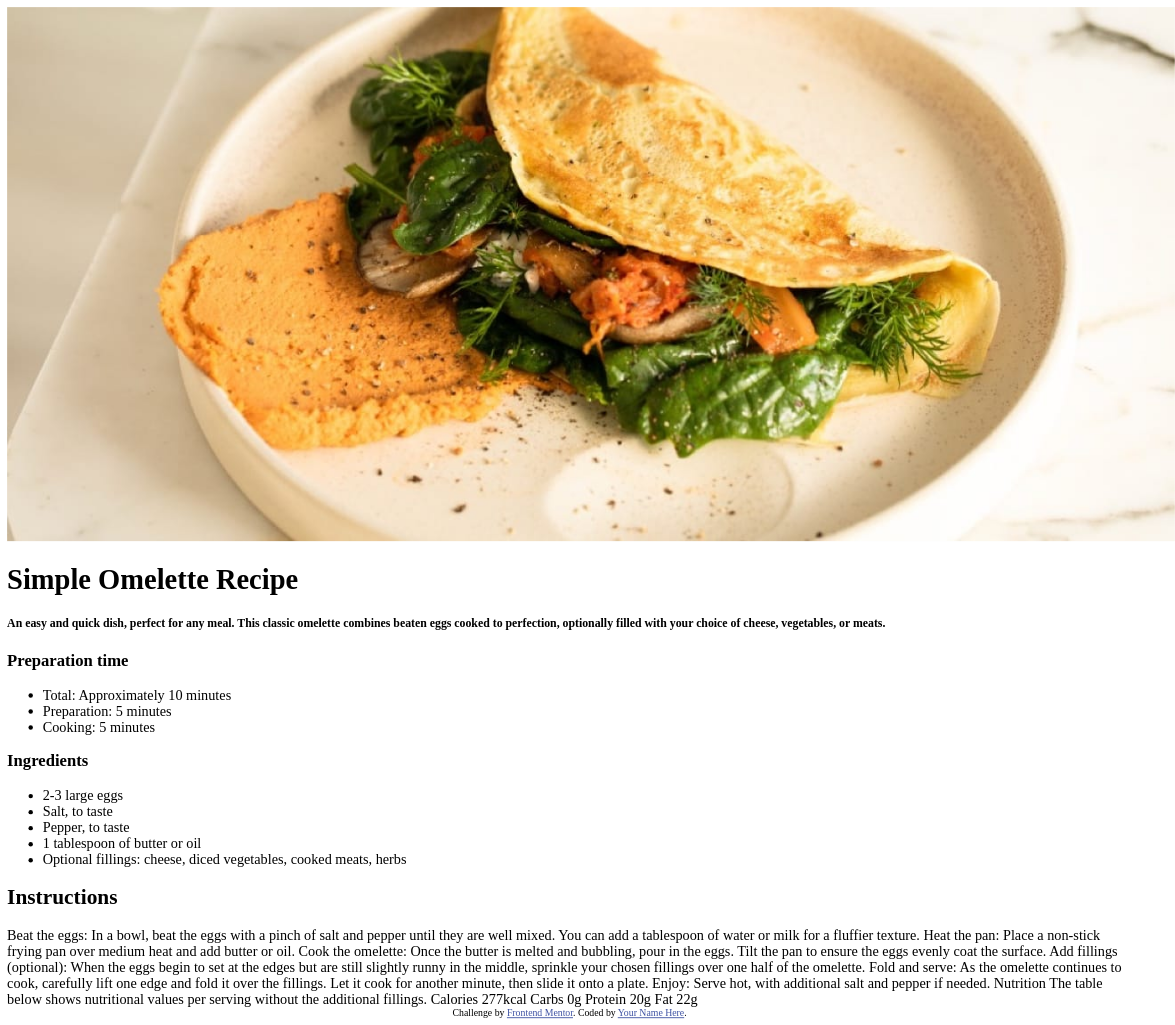
Repository: sodmaq/recipe-page-
Page: index.html
The author's editor kept a copy of each file at every save. The page is drawn from the files as they stood at one save, then again after the next save.
The browser window is 1280 px wide. The page is 1320 px wide, so the pictures cover 1320 px, including what lies to the right of the window. The pictures show the whole page, at 89% of full size.

Above is the page before, as saved 2024-09-07 12:29:20.

### index.html
<!DOCTYPE html>
<html lang="en">
  <head>
    <meta charset="UTF-8" />
    <meta name="viewport" content="width=device-width, initial-scale=1.0" />
    <!-- displays site properly based on user's device -->

    <link
      rel="icon"
      type="image/png"
      sizes="32x32"
      href="./assets/images/favicon-32x32.png"
    />

    <title>Frontend Mentor | Recipe page</title>

    <!-- Feel free to remove these styles or customise in your own stylesheet 👍 -->
    <style>
      .attribution {
        font-size: 11px;
        text-align: center;
      }
      .attribution a {
        color: hsl(228, 45%, 44%);
      }
    </style>
  </head>
  <body>
    <img src="/assets/images/image-omelette.jpeg" alt="" />
    <h1>Simple Omelette Recipe</h1>
    <h5>
      An easy and quick dish, perfect for any meal. This classic omelette
      combines beaten eggs cooked to perfection, optionally filled with your
      choice of cheese, vegetables, or meats.
    </h5>
    <h3>Preparation time</h3>
    <ul>
      <li>Total: Approximately 10 minutes</li>
      <li>Preparation: 5 minutes</li>
      <li>Cooking: 5 minutes</li>
    </ul>

    <h3>Ingredients</h3>
    <ul>
      <li>2-3 large eggs</li>
      <li>Salt, to taste</li>
      <li>Pepper, to taste</li>
      <li>1 tablespoon of butter or oil</li>
      <li>Optional fillings: cheese, diced vegetables, cooked meats, herbs</li>
    </ul>
    <p><h2>Instructions</h2></p>

     Beat the eggs: In a bowl, beat the eggs with a pinch of salt
    and pepper until they are well mixed. You can add a tablespoon of water or
    milk for a fluffier texture. Heat the pan: Place a non-stick frying pan over
    medium heat and add butter or oil. Cook the omelette: Once the butter is
    melted and bubbling, pour in the eggs. Tilt the pan to ensure the eggs
    evenly coat the surface. Add fillings (optional): When the eggs begin to set
    at the edges but are still slightly runny in the middle, sprinkle your
    chosen fillings over one half of the omelette. Fold and serve: As the
    omelette continues to cook, carefully lift one edge and fold it over the
    fillings. Let it cook for another minute, then slide it onto a plate. Enjoy:
    Serve hot, with additional salt and pepper if needed. Nutrition The table
    below shows nutritional values per serving without the additional fillings.
    Calories 277kcal Carbs 0g Protein 20g Fat 22g

    <div class="attribution">
      Challenge by
      <a href="https://www.frontendmentor.io?ref=challenge" target="_blank"
        >Frontend Mentor</a
      >. Coded by <a href="#">Your Name Here</a>.
    </div>
  </body>
</html>

After the next save:
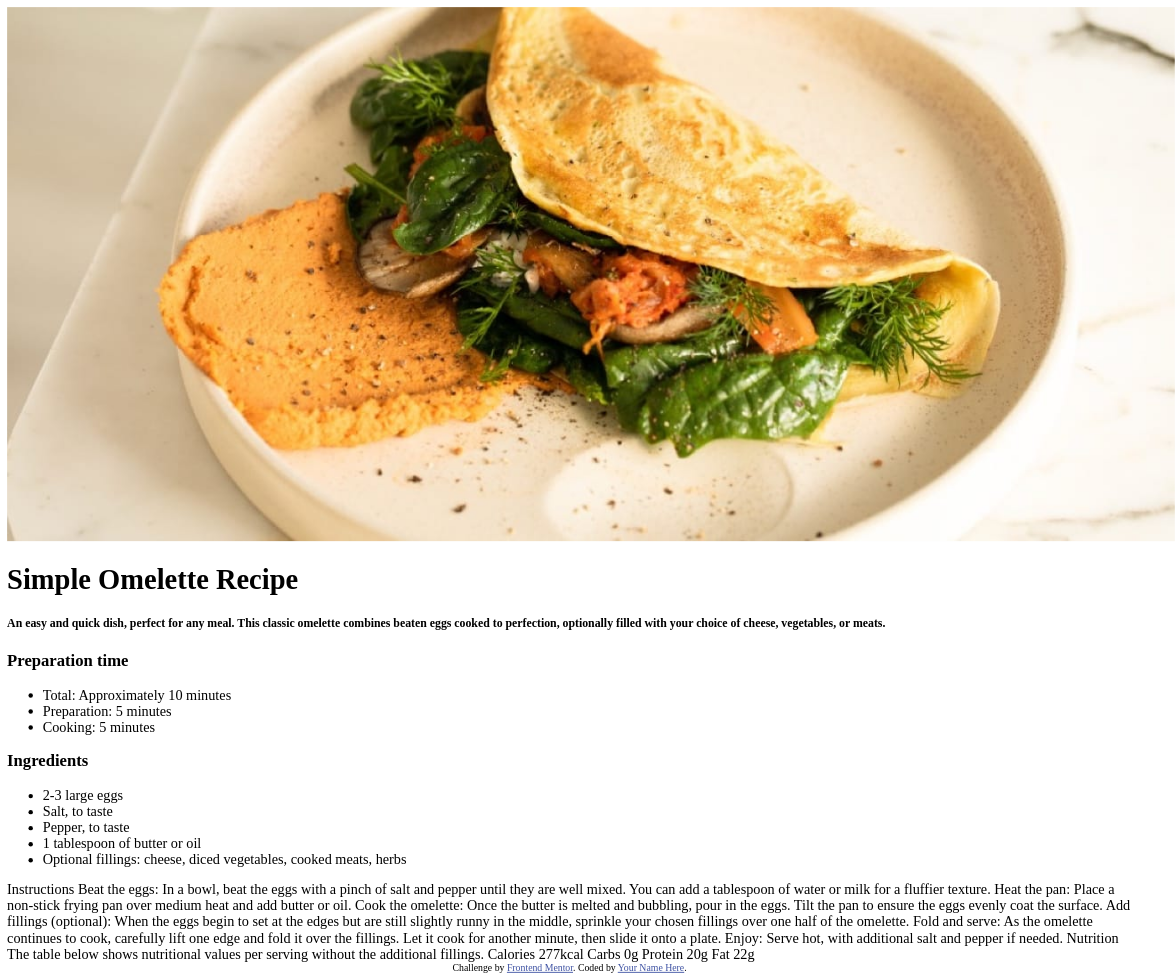
Saved 22 s later.
--- a/index.html
+++ b/index.html
@@ -48,9 +48,9 @@
       <li>1 tablespoon of butter or oil</li>
       <li>Optional fillings: cheese, diced vegetables, cooked meats, herbs</li>
     </ul>
-    <p><h2>Instructions</h2></p>
+    <p></p>
 
-     Beat the eggs: In a bowl, beat the eggs with a pinch of salt
+    Instructions Beat the eggs: In a bowl, beat the eggs with a pinch of salt
     and pepper until they are well mixed. You can add a tablespoon of water or
     milk for a fluffier texture. Heat the pan: Place a non-stick frying pan over
     medium heat and add butter or oil. Cook the omelette: Once the butter is
